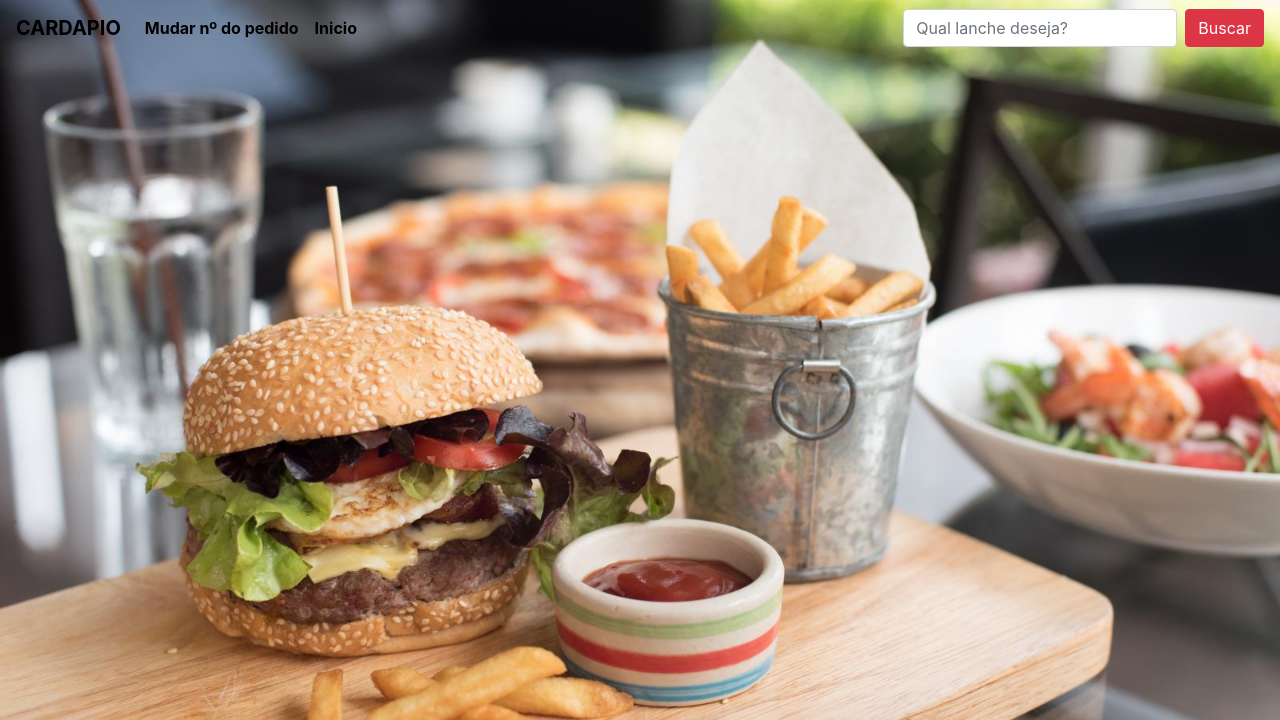
Repository: AnaMassaro/projetoRestaurante
Page: http://localhost/WEBRes/controleProduto.jsp
An editor plug-in stored every save of this project. The page is shown before and after a run of saves, followed by the edit.
The browser window is 1280 px wide. The pictures show the whole page.
The page is served by Tomcat 9. Queries for data that is not in the repository find no rows.

Above is the page before, as saved 2019-12-16 12:32:10.
Console error: TypeError: Cannot read properties of undefined (reading 'fn')
Not found: WEBRes/WEBRes/style.css

After the next 2 saves:
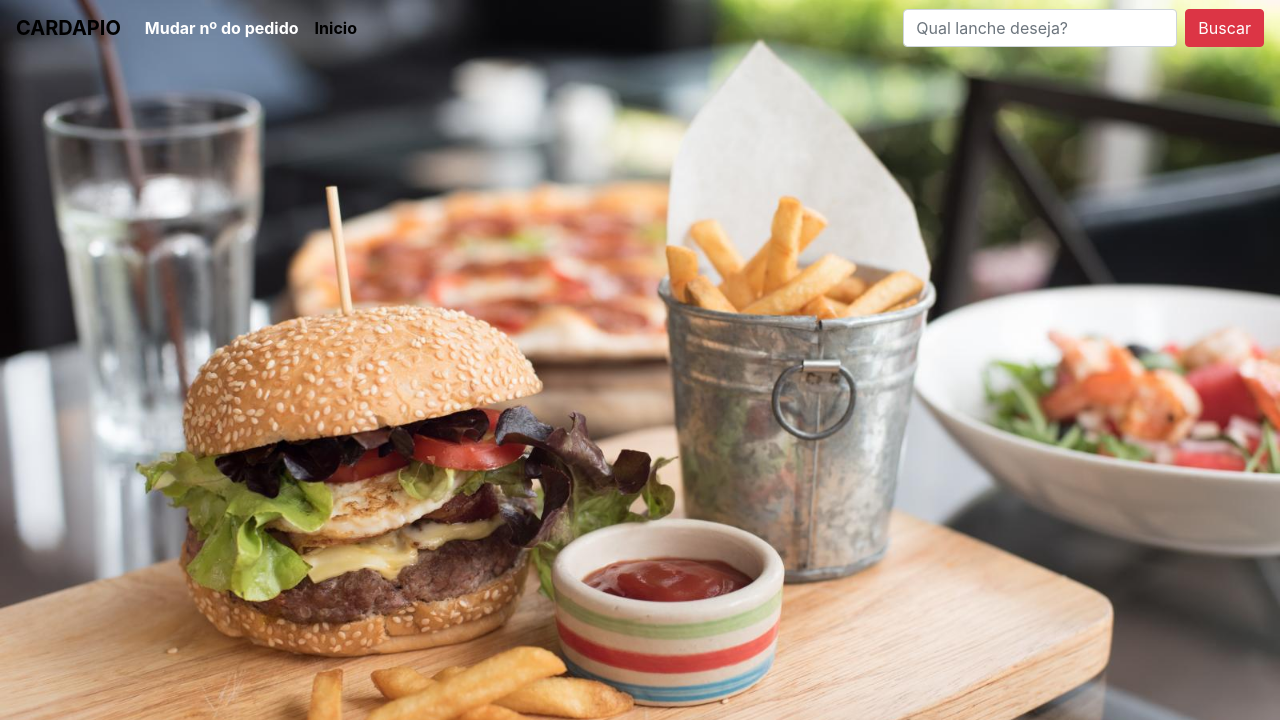
The 2 saves are shown as one change because they came seconds apart.
The last was saved 23 s later.
--- a/WEBRes/WebContent/controleProduto.jsp
+++ b/WEBRes/WebContent/controleProduto.jsp
@@ -59,7 +59,7 @@
                   <ul class="navbar-nav mr-auto">
 
                     <li class="nav-item active">
-                      <a class="nav-link" href="#" style="color: black; font-weight: bold;">Mudar nº do pedido<span class="sr-only">(current)</span></a>
+                      <a class="nav-link" href="cadastrarProduto.jsp" style="color: white; font-weight: bold;">Mudar nº do pedido<span class="sr-only">(current)</span></a>
                     </li>
 
                     <li class="nav-item">
